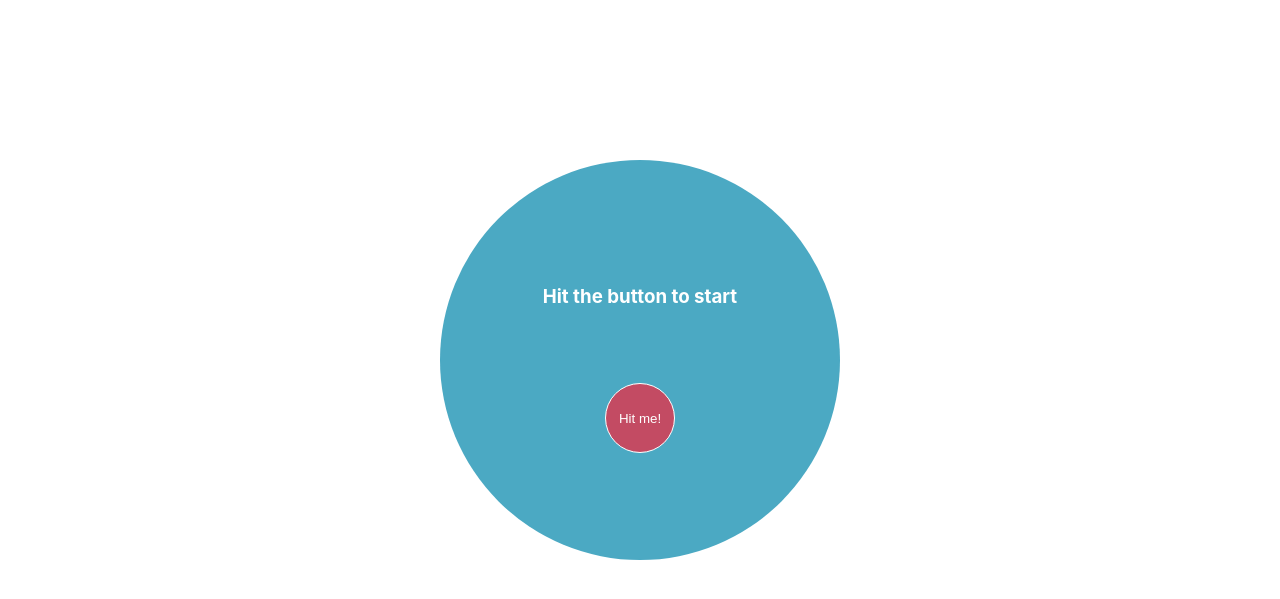
Repository: litalsh/Usless-Counter
Page: /
These files come from the project's save history. The page is drawn as it stood at one moment and after the next save; the edit follows.
The browser window is 1280 px wide. The pictures show the whole page.
The project was rebuilt for these pictures with package versions that can differ from the ones it lists, and the page was loaded fresh each time.

Above is the page before, as saved 2021-02-22 12:31:33.

After the next save:
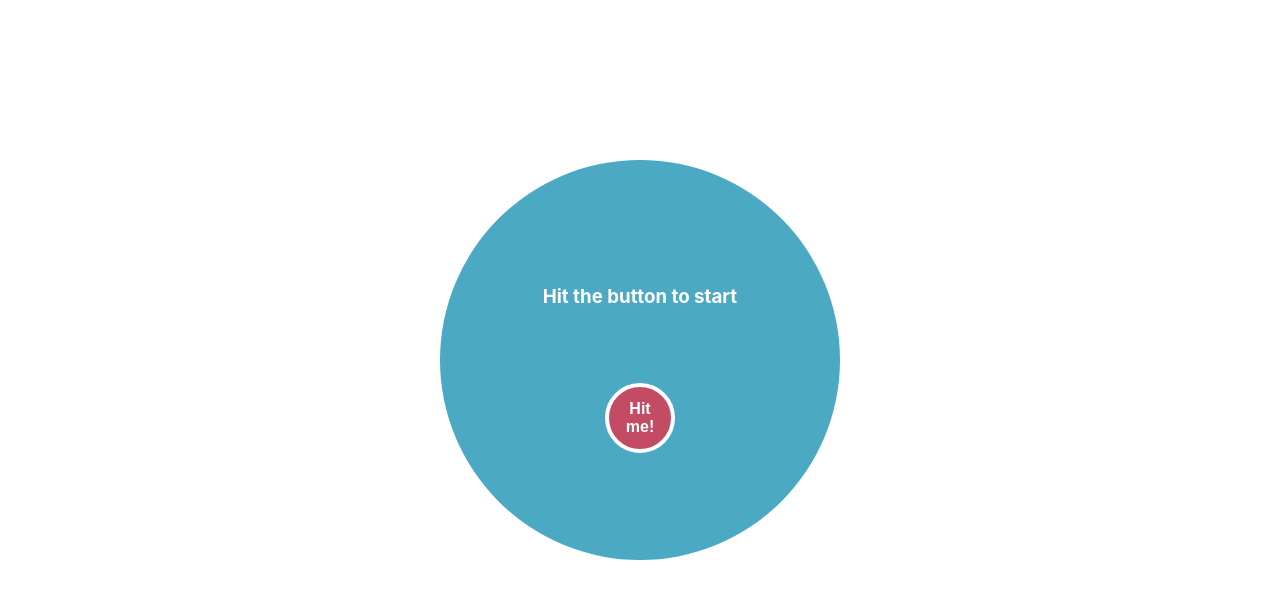
Saved 97 s later.
--- a/src/App.css
+++ b/src/App.css
@@ -29,8 +29,10 @@ button {
   width: 70px;
   height: 70px;
   border-radius: 50%;
-  border: 1px solid #fff;
+  border: 0.3em solid #fff;
   background: #C34B63;
   color: #fff;
   align-self: center;
+  font-size: 1rem;
+  font-weight: bold;
 }
